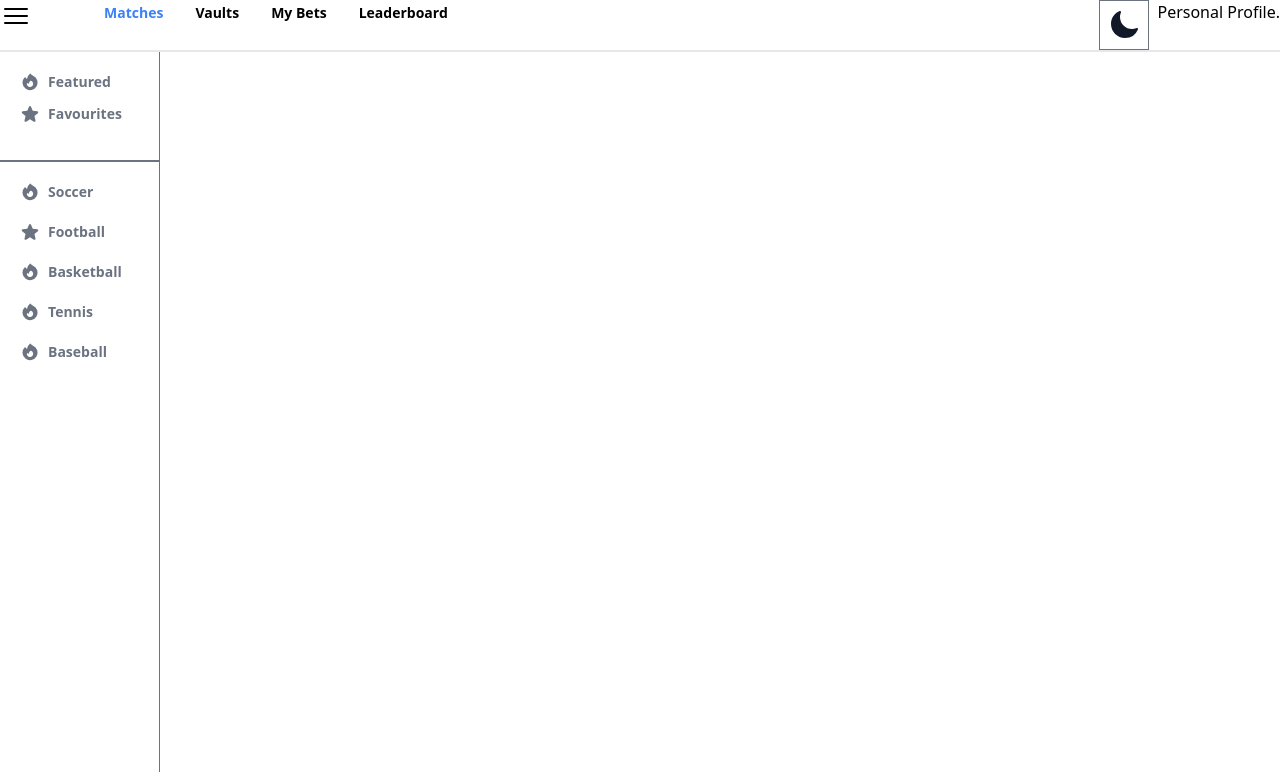
Repository: thekingisherenow/Betterbook
Page: /
The author's editor kept a copy of each file at every save. The page is drawn from the files as they stood at one save, then again after the next save.
The browser window is 1280 px wide. The pictures show the whole page.
The project was rebuilt for these pictures with package versions that can differ from the ones it lists, and the page was loaded fresh each time. The framework's server and built-in components were replaced by stand-ins that run in the browser. Also part of the build but not shown: next.config.js.

Above is the page before, as saved 2023-01-17 00:45:01.

### src/pages/_app.tsx
import type { AppProps } from 'next/app'
import { Provider } from 'react-redux'
import store from '../core/store'
import '../core/styles/root.css'
import { ThemeProvider } from 'next-themes'

const App = (props: AppProps) => {
  const { Component, pageProps } = props
  return (
    <ThemeProvider enableSystem={true}  attribute="class">
    <Provider store={store}>
      <Component {...pageProps} />
    </Provider>
    </ThemeProvider>
  )
}

export default App

### src/pages/index.tsx
import type { NextPage } from 'next'
import { useEffect, useState } from 'react'
import API from '../core/services'
import { Game } from '../types/game'
import Sidebar from '../components/Typography/Sidebar'
import Header from '../components/Typography/Header'

const IndexPage: NextPage = () => {
  const [games, setGames] = useState<Game[]>([])

  useEffect(() => {
    API.games.fetchGames().then(setGames)
  }, [])

  return <div>
        <main className=''>

          {/* Header  */}
          <Header />
            {/* Sidebar */}
            <Sidebar/>
            {/* Center  */}

        </main>
  </div>
}

export default IndexPage

### src/core/store/index.ts
import { configureStore } from '@reduxjs/toolkit'
import { counterReducer } from './slices/counterSlice'

const store = configureStore({
  reducer: {
    counter: counterReducer,
  },
})

export default store

### src/core/services/index.ts
import * as gamesServices from './games'

const API = {
  games: gamesServices,
}

export default API

### src/components/Typography/Sidebar.tsx
import React from 'react'
import { FireIcon, StarIcon } from '@heroicons/react/24/solid'

function Sidebar() {
    return (
        <div className='text-gray-500 text-sm border-r h-screen w-40 border-gray-500'>
            <div>
                <div className='flex flex-col  p-5 space-y-3 font-semibold mb-4'>
                    <button className='flex items-center space-x-2 hover:text-blue-600'>
                        <FireIcon className='w-5 h-5' />
                        <p>Featured</p>
                    </button>
                    <button className='flex items-center space-x-2 hover:text-blue-600'>
                        <StarIcon className='w-5 h-5' />
                        <p>Favourites</p>
                    </button>
                </div>
                    <hr className='border-t-2 border-gray-500' />

                <div className='flex flex-col space-y-5  p-5 font-semibold mb-4'>
                    <button className='flex items-center space-x-2 hover:text-blue-600'>
                        <FireIcon className='w-5 h-5' />
                        <p>Soccer</p>
                    </button>
                    <button className='flex items-center space-x-2 hover:text-blue-600'>
                        <StarIcon className='w-5 h-5' />
                        <p>Football</p>
                    </button>
                    <button className='flex items-center space-x-2 hover:text-blue-600'>
                        <FireIcon className='w-5 h-5' />
                        <p>Basketball</p>
                    </button>
                    <button className='flex items-center space-x-2 hover:text-blue-600'>
                        <FireIcon className='w-5 h-5' />
                        <p>Tennis</p>
                    </button>
                    <button className='flex items-center space-x-2 hover:text-blue-600'>
                        <FireIcon className='w-5 h-5' />
                        <p>Baseball</p>
                    </button>
                </div>
            </div>
        </div>
    )
}

export default Sidebar

### src/components/Typography/Header.tsx
import { Bars3Icon } from '@heroicons/react/24/solid'
import React from 'react'
import NavLinks from './NavLinks'
import DarkModeButton from './DarkModeButton'

function Header() {
  return (
    <header >
      <div className='flex text-center   border-b-2 '>

        <Bars3Icon className='h-8 w-8  cursor-pointer'/>
        <div className='ml-10'>

          {/* Nav Links */}
          <div className='ml-4 items-center'>

        <NavLinks  />
          </div>

        </div>
        <div className='flex space-x-2 justify-end ml-auto '>
          {/* DARK MODE BUTTON  */}

          <DarkModeButton   />

            <div>
             Personal Profile.
              </div>
        </div>
      </div>
    </header>
  )
}

export default Header

### src/core/store/slices/counterSlice.ts
import { createSlice } from '@reduxjs/toolkit'

export const counterSlice = createSlice({
  name: 'counter',
  initialState: {
    count: 0,
  },
  reducers: {
    setCount(state, { payload }) {
      state.count = payload
    },
  },
})

export const counterReducer = counterSlice.reducer

### src/core/services/games.ts
import { Game } from '../../types/game'

export const fetchGames = (): Promise<Game[]> => {
  return Promise.resolve([
    {
      id: '1',
      name: 'Spain vs Argentina',
    },
  ])
}

### src/components/Typography/NavLinks.tsx
import React, { useEffect } from 'react'
import { categories } from './constants'
import NavLink from './NavLink'
import { useRouter } from 'next/router'

function NavLinks() {
  const router = useRouter();

  //const isActive is true if the pathname in the url matches the  navlink's path.
  const isActive = (path:string)=>{
    return router.pathname===path
  }

  return (
    <nav>
      {categories.map((category)=>(
        <NavLink key={category.label} category={category.label} path={category.path} isActive={isActive(category.path)} />
      ))}
    </nav>
  )
}

export default NavLinks

### src/components/Typography/DarkModeButton.tsx
import React, { useEffect, useState } from 'react'
import { useTheme } from 'next-themes'
import { MoonIcon, SunIcon } from '@heroicons/react/24/solid'

function DarkModeButton() {
    const [mounted, setMounted] = useState(false)
    const {systemTheme,theme,setTheme} = useTheme()
    useEffect(() => {
        setMounted(true)
      }, [])

      if (!mounted) {
        return null
      }

    const currentTheme = theme==="system"? systemTheme : theme;

  return (
    <div className='border border-gray-500 p-2'>
    {currentTheme==='dark'?
        <SunIcon
        onClick={()=>setTheme("light")}
        className='h-8 w-8 cursor-pointer text-yellow-500'
         />
        :
        <MoonIcon
        onClick={()=>setTheme("dark")}
        className='h-8 w-8 cursor-pointer text-gray-900'
        />

}
    </div>
  )
}

export default DarkModeButton

### src/components/Typography/constants.ts
import { Category } from "../../types/category"

export const categories : Category[] =[
    {label:"Matches",path:"/"},
    {label:"Vaults",path:"/vaults"},
    {label:"My Bets",path:"/mybets"},
    {label:"Leaderboard",path:"/leaderboard"},
]

### src/components/Typography/NavLink.tsx
import Link from 'next/link';
import React from 'react'


type Props = {
    category: string;
    path:string;
    isActive: boolean;

}

function NavLink({category,path,isActive}:Props) {
  return (
    <Link href={`${path}`}
        className={`cursor-pointer p-4 text-sm  font-semibold
         ${isActive && 'text-blue-500 hover:text-blue-600 font-bold '}`}
    >
      {category}
    </Link>
  )
}

export default NavLink

### tailwind.config.js
/** @type {import('tailwindcss').Config} */
module.exports = {
  content: [
    './src/pages/**/*.{js,ts,jsx,tsx}',
    './src/components/**/*.{js,ts,jsx,tsx}',
    './src/modules/**/*.{js,ts,jsx,tsx}',
  ],
  darkMode: 'class',
  theme: {
    extend: {},
  },
  plugins: [],
}

Loaded but not shown: src/core/styles/root.css (common file)

After the next save:
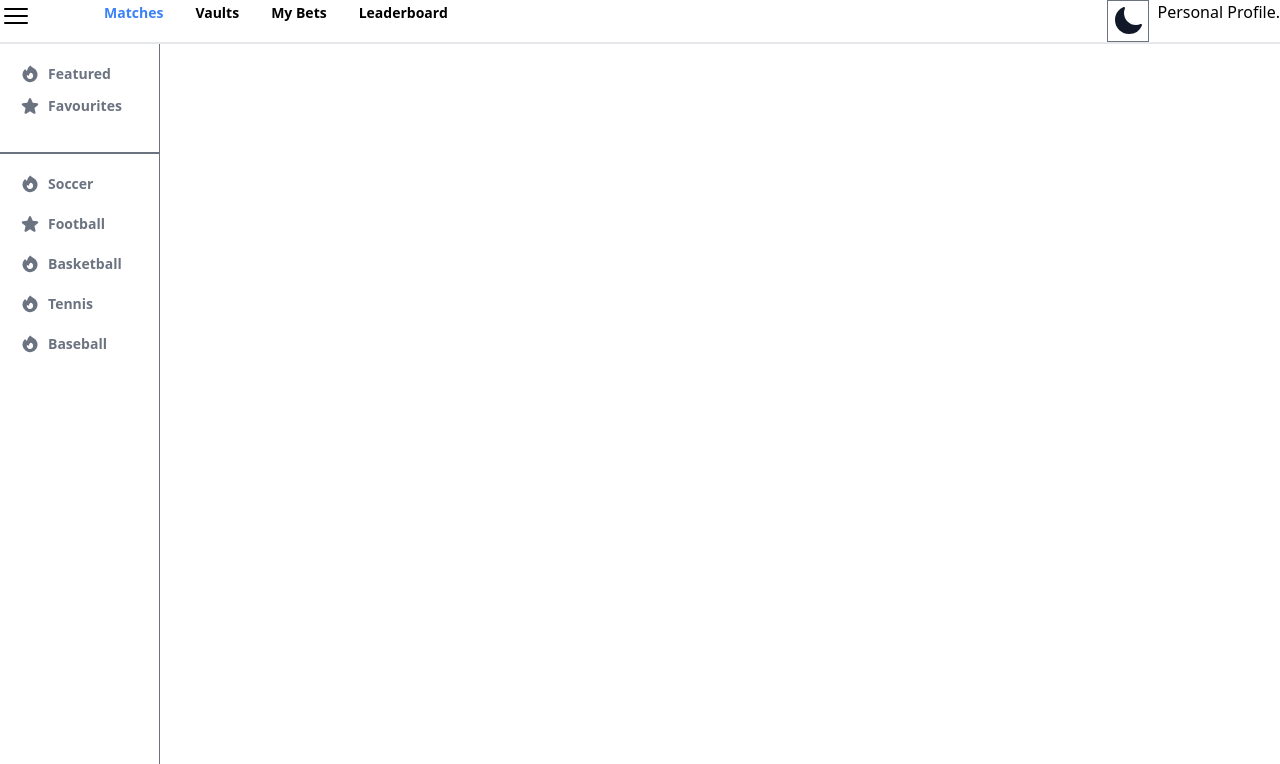
Saved 18 s later.
--- a/src/components/Typography/DarkModeButton.tsx
+++ b/src/components/Typography/DarkModeButton.tsx
@@ -16,7 +16,7 @@ function DarkModeButton() {
     const currentTheme = theme==="system"? systemTheme : theme;
 
   return (
-    <div className='border border-gray-500 p-2'>
+    <div className='border border-gray-500 p-1'>
     {currentTheme==='dark'?
         <SunIcon
         onClick={()=>setTheme("light")}
